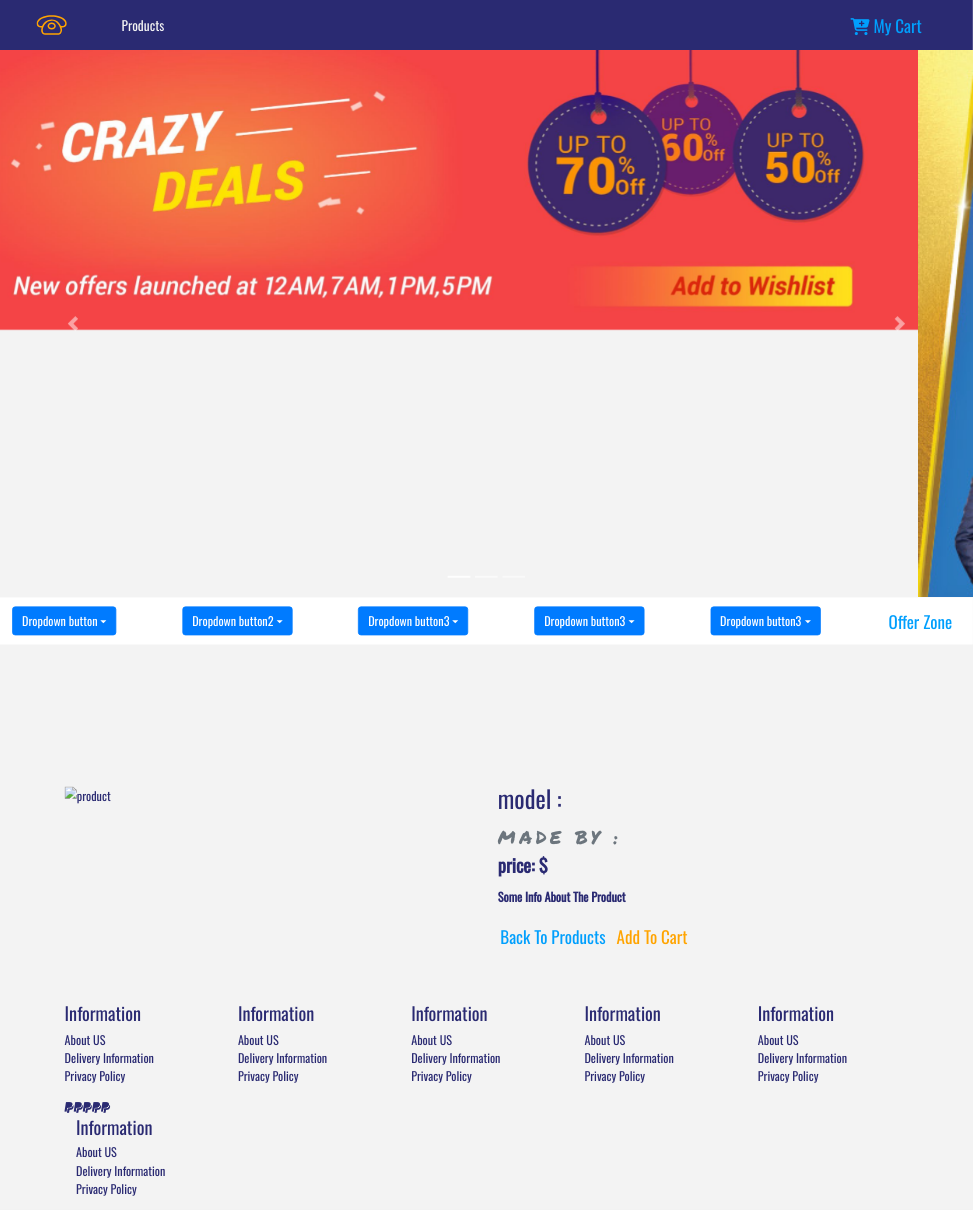
Repository: aditya1068/Online-Store
Page: /details
The author's editor kept a copy of each file at every save. The page is drawn from the files as they stood at one save, then again after the next save.
The browser window is 1280 px wide. The pictures show the whole page, at 76% of full size.
Some web libraries are served in a nearby version. The project was rebuilt for these pictures with package versions that can differ from the ones it lists, and the page was loaded fresh each time. Also part of the build but not shown: src/components/Products.js, src/components/Title.js, src/components/ProductsList.js, src/components/Cart.js, src/components/Default.js.

Above is the page before, as saved 2020-04-03 02:00:50.

After the next save:
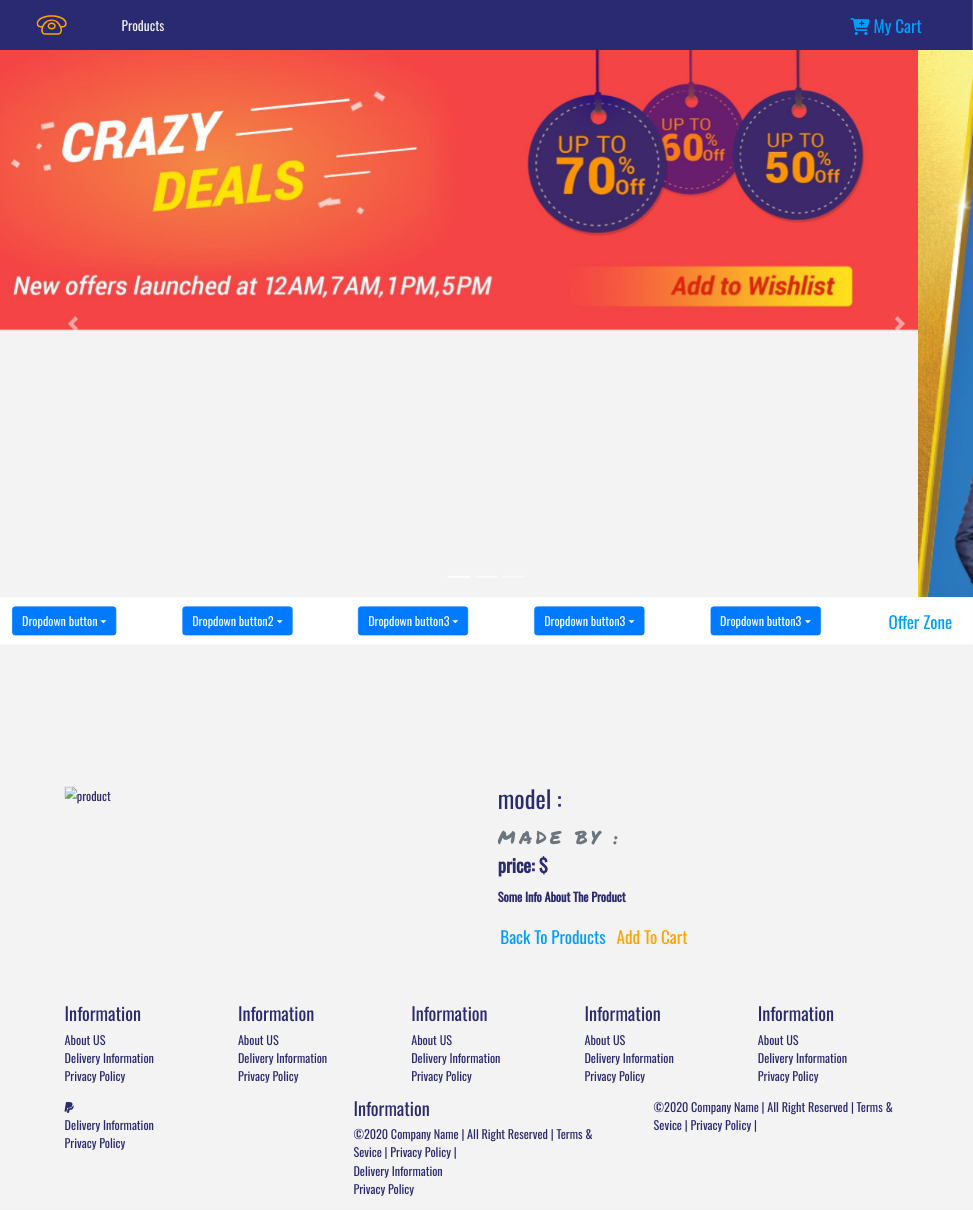
Saved 2 min 50 s later.
--- a/src/components/Footer2.js
+++ b/src/components/Footer2.js
@@ -8,26 +8,32 @@ export default class Footer2 extends Component {
               <div className= "row">
                   {/* column1 */}
                   <div className= "col">
-                  <i class="fab fa-paypal"></i>
-                  <i class="fab fa-paypal"></i>
-                  <i class="fab fa-paypal"></i>
-                  <i class="fab fa-paypal"></i>
-                  <i class="fab fa-paypal"></i>
-
-                   {/* column2 */}
+                      <ul className="list-unstyled">
+                          <li><i class="fab fa-paypal"></i></li>
+                          <li>Delivery Information</li>
+                          <li>Privacy Policy</li>
+                      </ul>
+                  </div>
+                          {/* column2 */}
                    <div className= "col">
                       <h4>Information</h4>
                       <ul className="list-unstyled">
-                          <li>About US</li>
+                          <li> &copy;{(new Date().getFullYear())} Company Name | All Right Reserved | Terms & Sevice | Privacy Policy |</li>
                           <li>Delivery Information</li>
                           <li>Privacy Policy</li>
                       </ul>
                   </div>
 
+     {/* column2 */}
+     <div className= "col">
+     <p className="col-sm">
+                          &copy;{(new Date().getFullYear())} Company Name | All Right Reserved | Terms & Sevice | Privacy Policy |
+                      </p>
+                        </div>
                      </div>
                   </div>
                  </div>
-             </div>
+
 
 
       )
